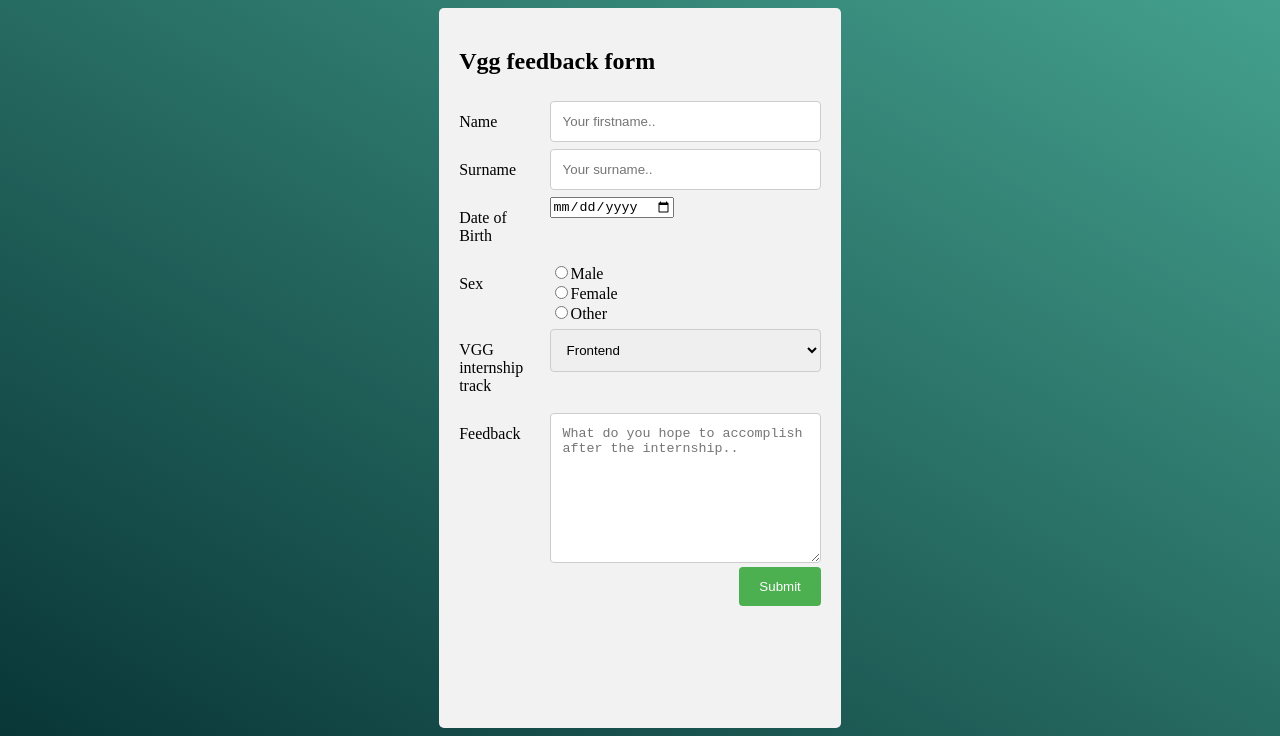
Repository: iphyokafor/VGG-Feedback-form
Page: index2.html
An editor plug-in stored every save of this project. The page is shown before and after the next save, followed by the edit.
The browser window is 1280 px wide. The pictures show the whole page.

Above is the page before, as saved 2020-01-13 00:44:11.

### index2.html
<!DOCTYPE html>
<html lang="en">

<head>
    <meta charset="UTF-8">
    <meta name="viewport" content="width=device-width, initial-scale=1.0">
    <meta http-equiv="X-UA-Compatible" content="ie=edge">
    <title>VGG feedback form</title>
    <link rel="stylesheet" href="./main.css">
</head>

<body>
    <div class="container">
        <form>
            <h2 class="heading">Vgg feedback form</h2>
            <div class="row">
                <div class="col-25">
                    <label for="name">Name</label>
                </div>
                <div class="col-75">
                    <input type="text" class="txtinput" id="name" name="name" placeholder="Your firstname..">
                </div>
            </div>
            <div class="row">
                <div class="col-25">
                    <label for="surname">Surname</label>
                </div>
                <div class="col-75">
                    <input type="text" class="txtinput" id="surname" name="surname" placeholder="Your surname..">
                </div>
            </div>
            <div class="row">
                <div class="col-25">
                    <label for="dob">Date of Birth</label>
                </div>
                <div class="col-75">
                    <input type="date" id="date" name="date">
                </div>
            </div>
            <div class="row">
                <div class="col-25">
                    <label for="sex">Sex</label>
                </div>
                <div class="col-75">
                    <input type="radio" name="gender">Male<br>
                    <input type="radio" name="gender">Female<br>
                    <input type="radio" name="gender">Other
                </div>
            </div>
            <div class="row">
                <div class="col-25">
                    <label for="VGG internship">VGG internship track</label>
                </div>
                <div class="col-75">
                    <select id="VGG internship" name="VGG">
            <option value="frontend">Frontend</option>
            <option value="backend">Backend</option>
            <option value="ui/ux">UI/UX</option>
            <option value="software">Software Quality Assurance</option>
            <option value="devops">DevOps</option>
          </select>
                </div>
            </div>
            <div class="row">
                <div class="col-25">
                    <label for="feedback">Feedback</label>
                </div>
                <div class="col-75">
                    <textarea id="feedback" name="feedback" placeholder="What do you hope to accomplish after the internship.." style="height:150px"></textarea>
                </div>
            </div>
            <div class="row">
                <input type="submit" class="btn" value="Submit">
            </div>
        </form>
    </div>

</body>

</html>

### main.css
/* Style inputs, select elements and textareas */

body {
    display: flex;
    justify-content: center;
    flex-wrap: wrap;
    background: linear-gradient(to right top, #093637, #44A08D);
    background-repeat: no-repeat;
    height: 100vh;
}

.txtinput,
select,
textarea {
    width: 100%;
    padding: 12px;
    border: 1px solid #ccc;
    border-radius: 4px;
    box-sizing: border-box;
    resize: vertical;
}


/* Style the label to display next to the inputs */

label {
    padding: 12px 12px 12px 0;
    display: inline-block;
}


/* Style the submit button */

.btn {
    background-color: #4CAF50;
    color: white;
    padding: 12px 20px;
    border: none;
    border-radius: 4px;
    cursor: pointer;
    float: right;
    transition: all 1s;
}

.btn:hover {
    transform: scale(1.1);
}


/* Style the container */

.container {
    border-radius: 5px;
    background-color: #f2f2f2;
    padding: 20px;
}


/* Floating column for labels: 25% width */

.col-25 {
    float: left;
    width: 25%;
    margin-top: 6px;
}


/* Floating column for inputs: 75% width */

.col-75 {
    float: left;
    width: 75%;
    margin-top: 6px;
}


/* Clear floats after the columns */

.row:after {
    content: "";
    display: table;
    clear: both;
}


/* Responsive layout - when the screen is less than 600px wide, make the two columns stack on top of each other instead of next to each other */

@media screen and (max-width: 600px) {
    .col-25,
    .col-75,
    input[type=submit] {
        width: 100%;
        margin-top: 0;
    }
}

After the next save:
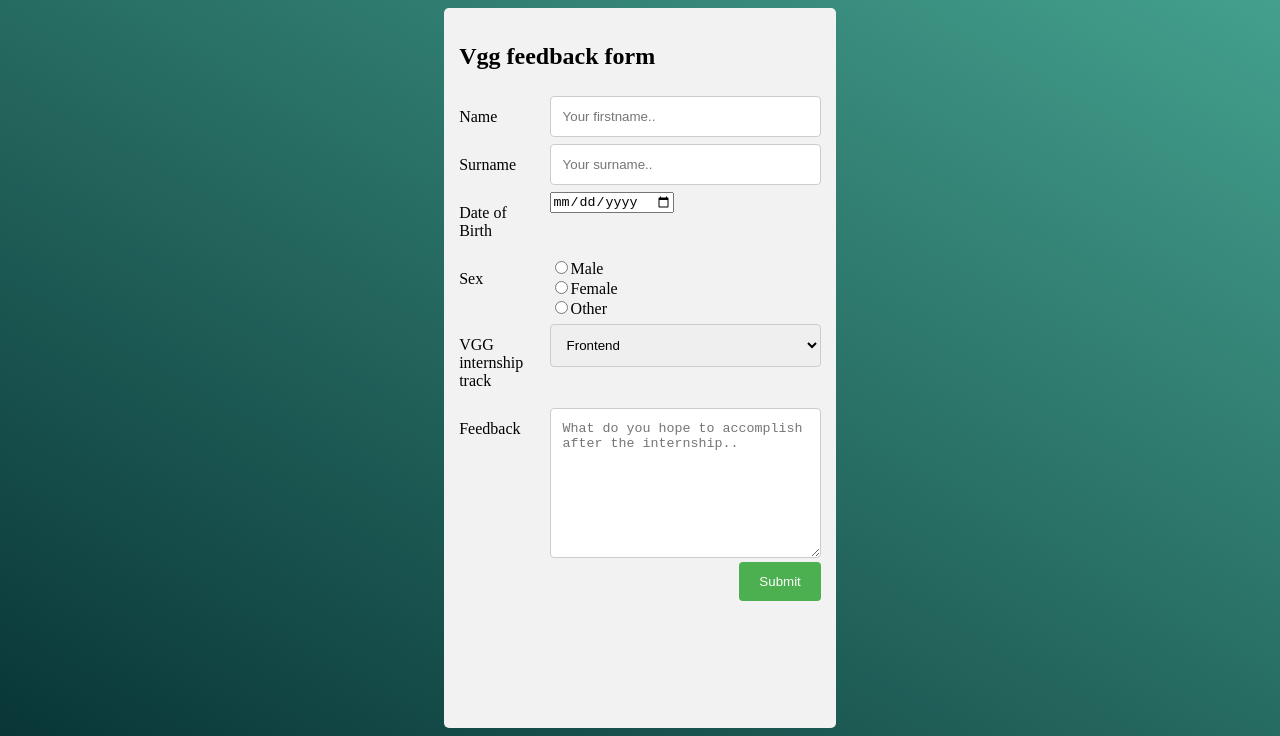
Saved 9 s later.
--- a/main.css
+++ b/main.css
@@ -52,7 +52,7 @@
 .container {
     border-radius: 5px;
     background-color: #f2f2f2;
-    padding: 20px;
+    padding: 15px;
 }
 
 

After the save that followed:
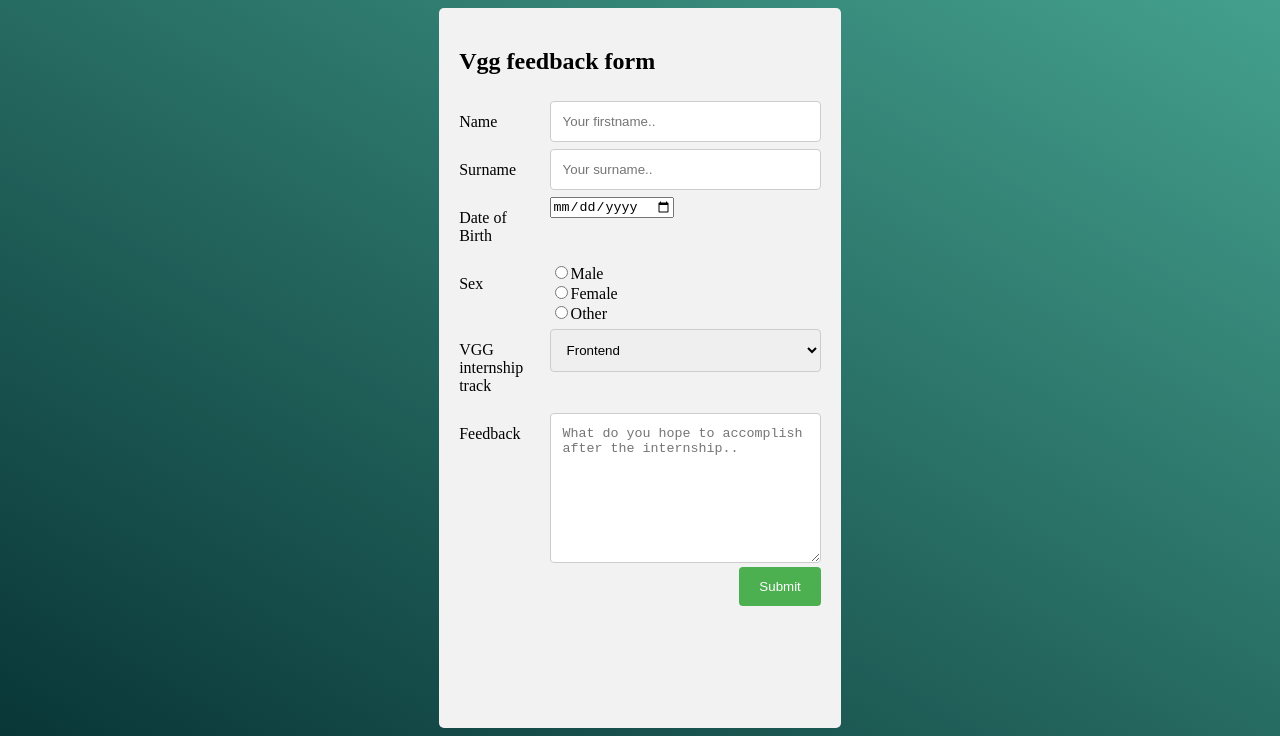
Saved 27 s later.
--- a/main.css
+++ b/main.css
@@ -52,7 +52,7 @@
 .container {
     border-radius: 5px;
     background-color: #f2f2f2;
-    padding: 15px;
+    padding: 20px;
 }
 
 
